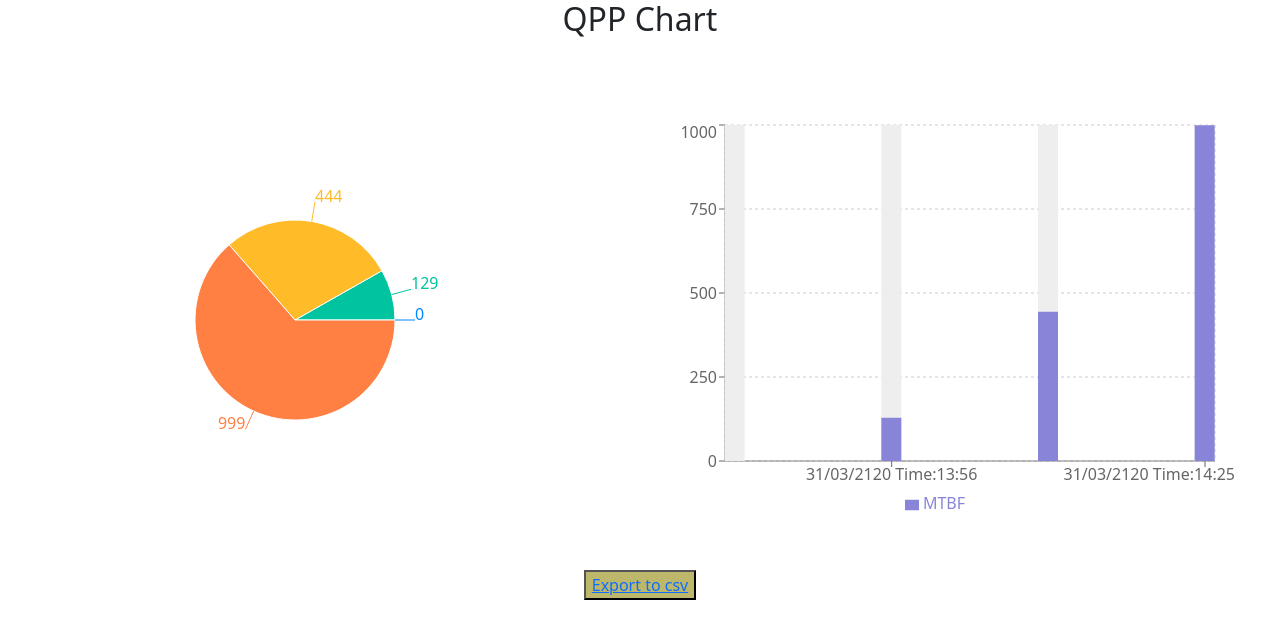
Repository: exiled-kal/ReactChartPrac
Page: /
These files come from the project's save history. The page is drawn as it stood at one moment and after the next save; the edit follows.
The browser window is 1280 px wide. The pictures show the whole page.
The project was rebuilt for these pictures with package versions that can differ from the ones it lists, and the page was loaded fresh each time.

Above is the page before, as saved 2021-04-18 21:08:54.

After the next save:
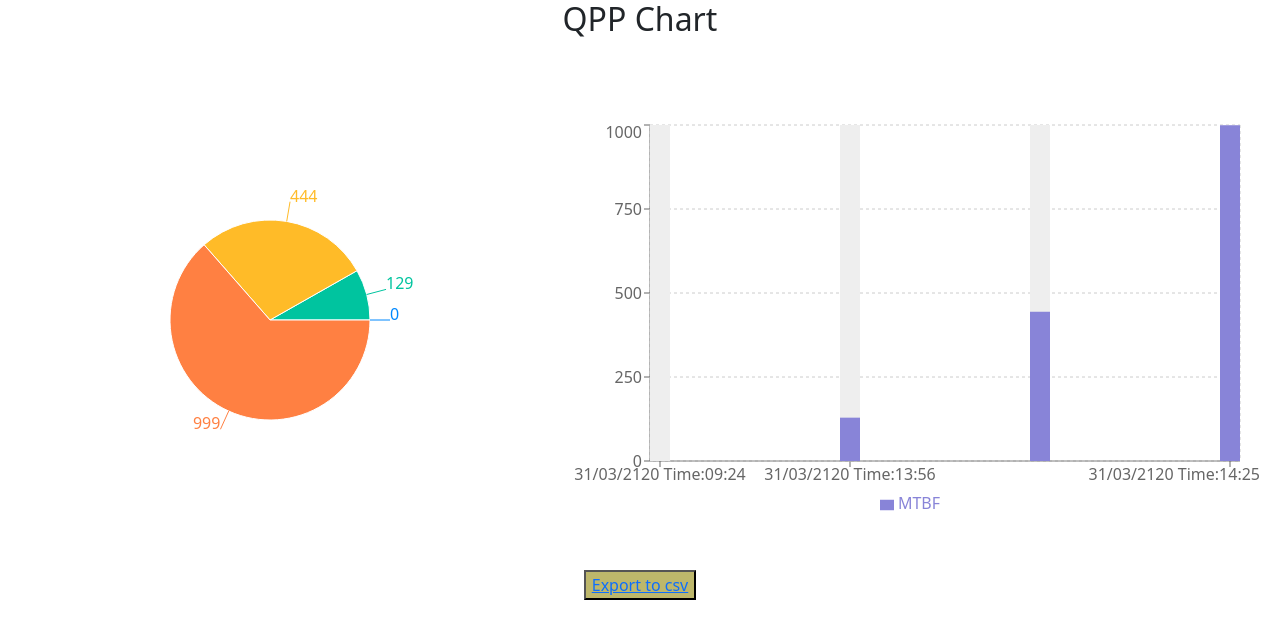
Saved 7 s later.
--- a/src/App.js
+++ b/src/App.js
@@ -127,7 +127,7 @@ function App() {
           <Tooltip />
         </PieChart>
         <BarChart
-          width={600}
+          width={700}
           height={400}
           data={data}
           margin={{
